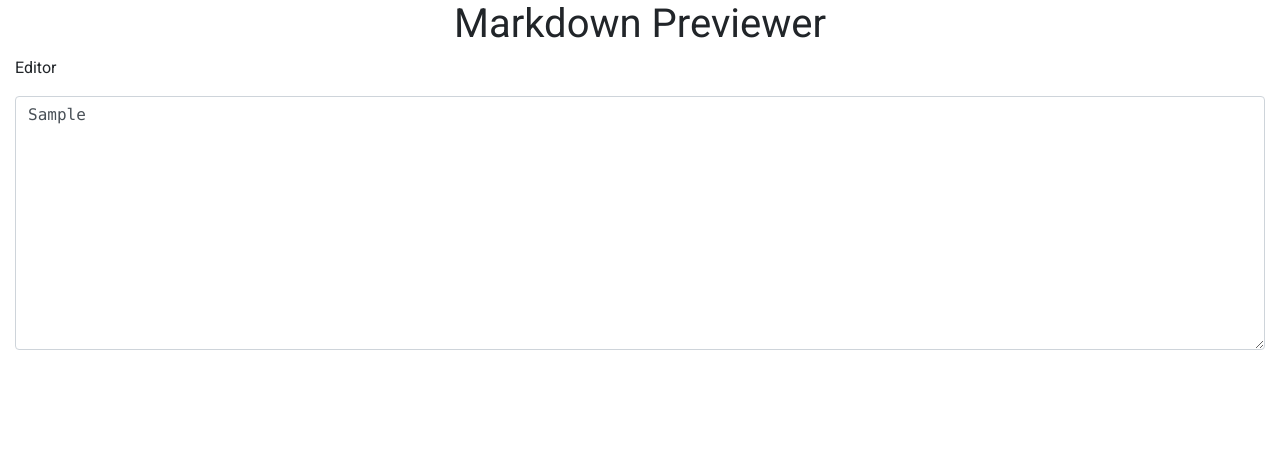
Repository: derektypist/markdown-previewer
Page: index.html
The author's editor kept a record of every edit. The page is drawn from the files as they stood at one moment, then again after the next edit.
The browser window is 1280 px wide. The pictures show the whole page.
Empty fields were first filled with sample values (such as "Sample", 5 or name@example.com).
After loading, the first visible `#editor` was changed once.

Above is the page before.
Console error: ReferenceError: displayPreview is not defined

After the next edit:
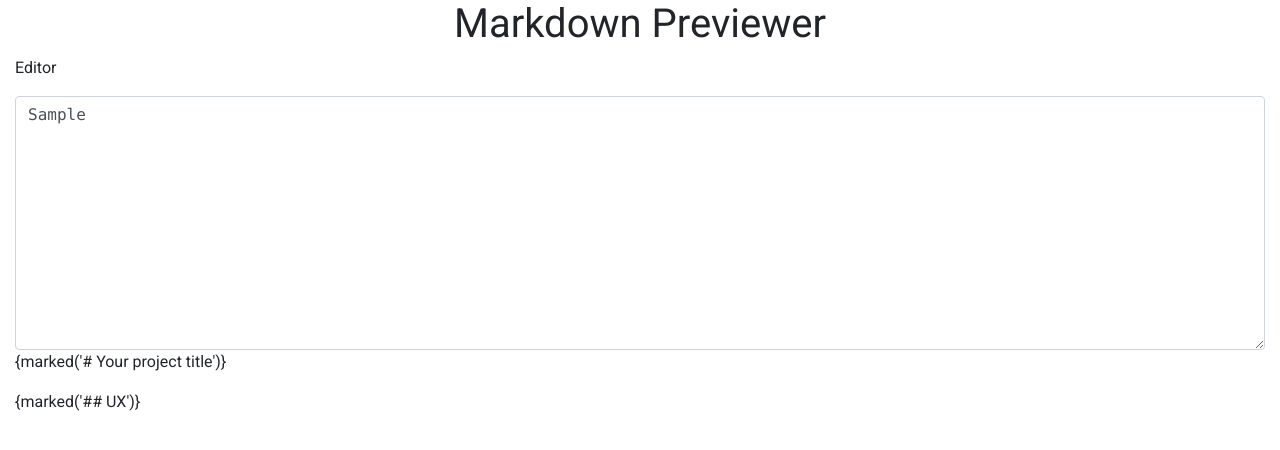
The error is gone.
The edit:
--- a/index.html
+++ b/index.html
@@ -28,7 +28,16 @@
         }
     </style>
     <!-- Load Scripts -->
+    <script src="https://cdn.jsdelivr.net/npm/marked/marked.min.js"></script>
     <script src="https://ajax.googleapis.com/ajax/libs/jquery/3.4.1/jquery.min.js"></script>
+    <script>
+        // Define Function
+        function displayPreview() {
+            $("#preview").html(
+                `<p>{marked('# Your project title')}</p>
+                <p>{marked('## UX')}`);
+        }
+    </script>
 </head>
 
 <body>
